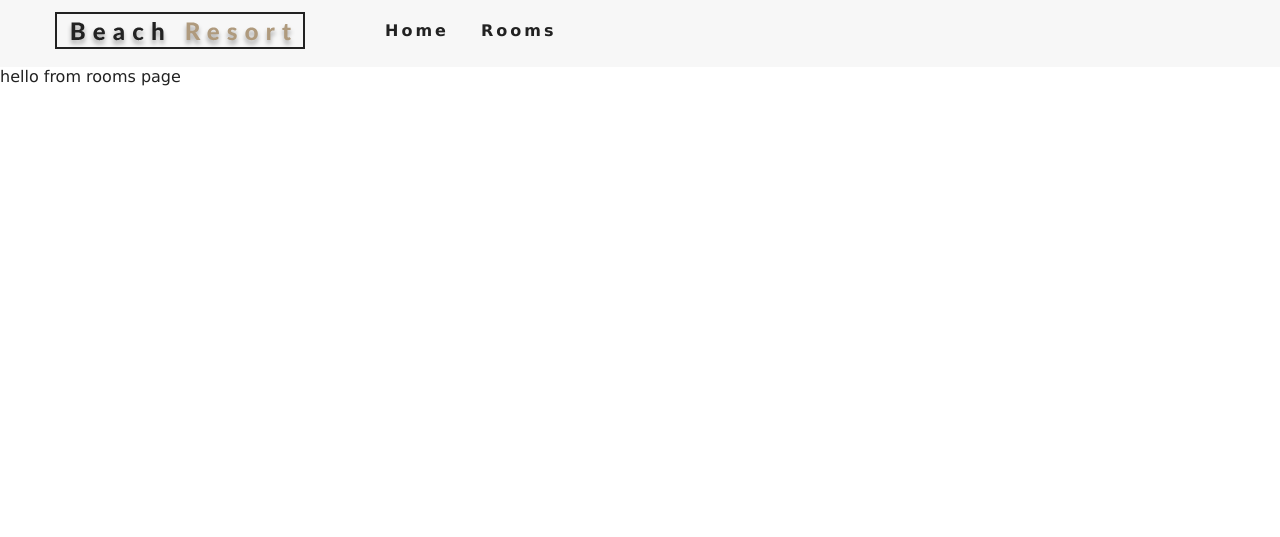
Repository: thanhn379/react-beach-resort
Page: /rooms
These files come from the project's save history. The page is drawn as it stood at one moment and after the next save; the edit follows.
The browser window is 1280 px wide. The pictures show the whole page.
The project was rebuilt for these pictures with package versions that can differ from the ones it lists, and the page was loaded fresh each time. Also part of the build but not shown: src/pages/Home.js, src/pages/SingleRoom.js, src/pages/Error.js.

Above is the page before, as saved 2019-11-13 21:21:13.

After the next save:
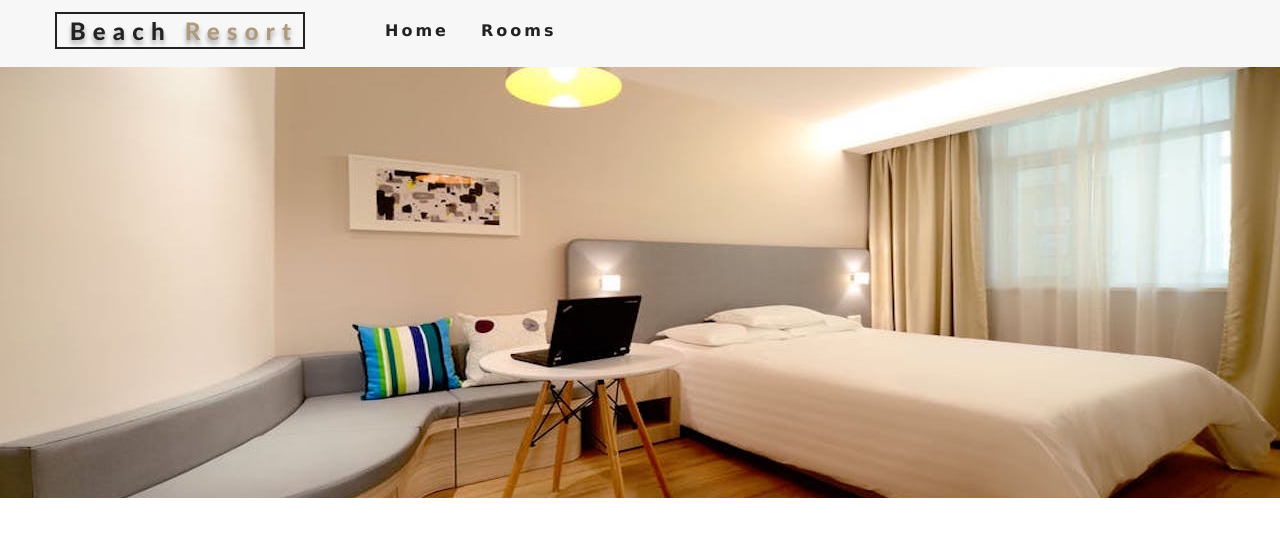
Saved 39 s later.
--- a/src/pages/Rooms.js
+++ b/src/pages/Rooms.js
@@ -1,7 +1,7 @@
 import React from "react";
-
+import Hero from "../components/Hero";
 const Rooms = () => {
-  return <>hello from rooms page</>;
+  return <Hero hero="roomsHero" />;
 };
 
 export default Rooms;
